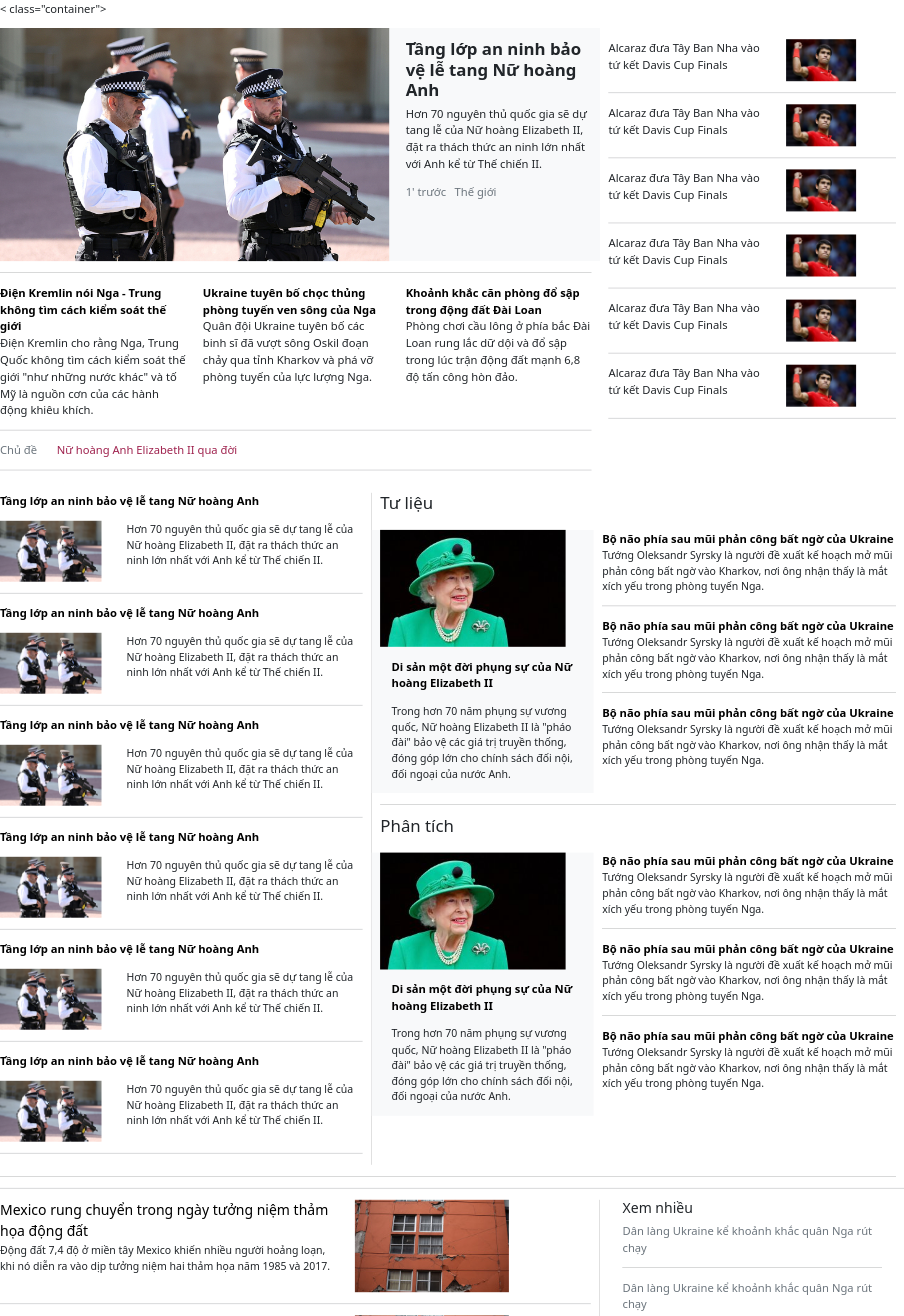
Repository: trongtamdev/lession1_html_sleepcloud
Page: vnExpress.html
The author's editor kept a copy of each file at every save. The page is drawn from the files as they stood at one save, then again after the next save.
The browser window is 1280 px wide. The page is 1292 px wide, then 1280 px, so the pictures cover 1292 px, including what lies to the right of the window. The pictures show the part of the page from y = 0 to 1880 px (the page is 3892 px tall before and 3980 px after), at 70% of full size.

Above is the page before, as saved 2022-09-21 14:08:25.

After the next save:
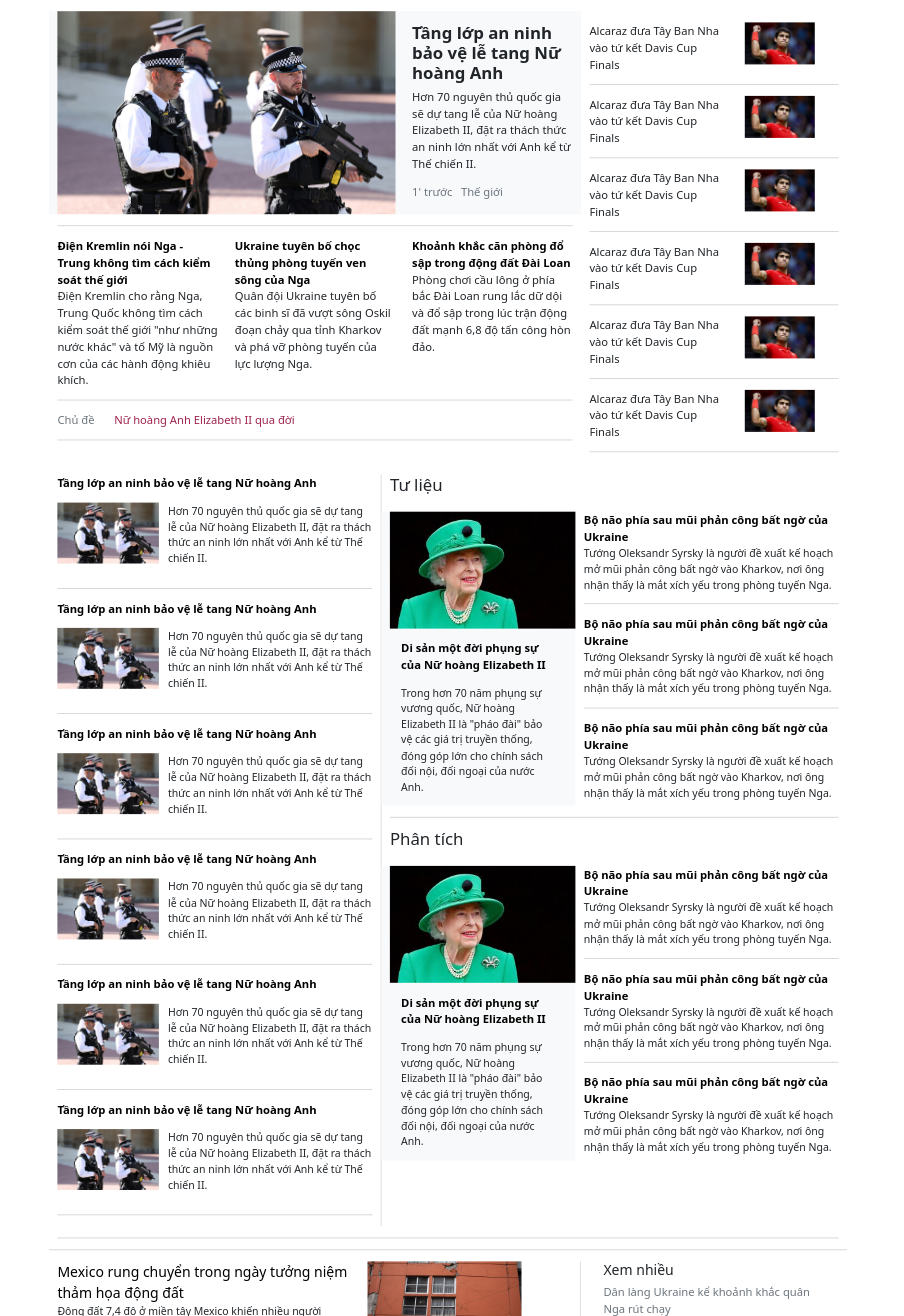
Saved 13 s later.
--- a/vnExpress.html
+++ b/vnExpress.html
@@ -9,7 +9,7 @@
     <link href="./styles/main.css" rel="stylesheet" />
   </head>
   <body>
-    < class="container">
+    <div class="container">
       <div class="row">
         <div class="col-lg-8 mt-3">
           <div class="row bg-light">
@@ -674,9 +674,6 @@
         <!--END: CONTENT LIST SIDE 5-->
       </div>
       <hr />
-      <div class="row">
-
-      </div> <!--END: PAGINATION-->
     </div>
   </body>
 </html>
